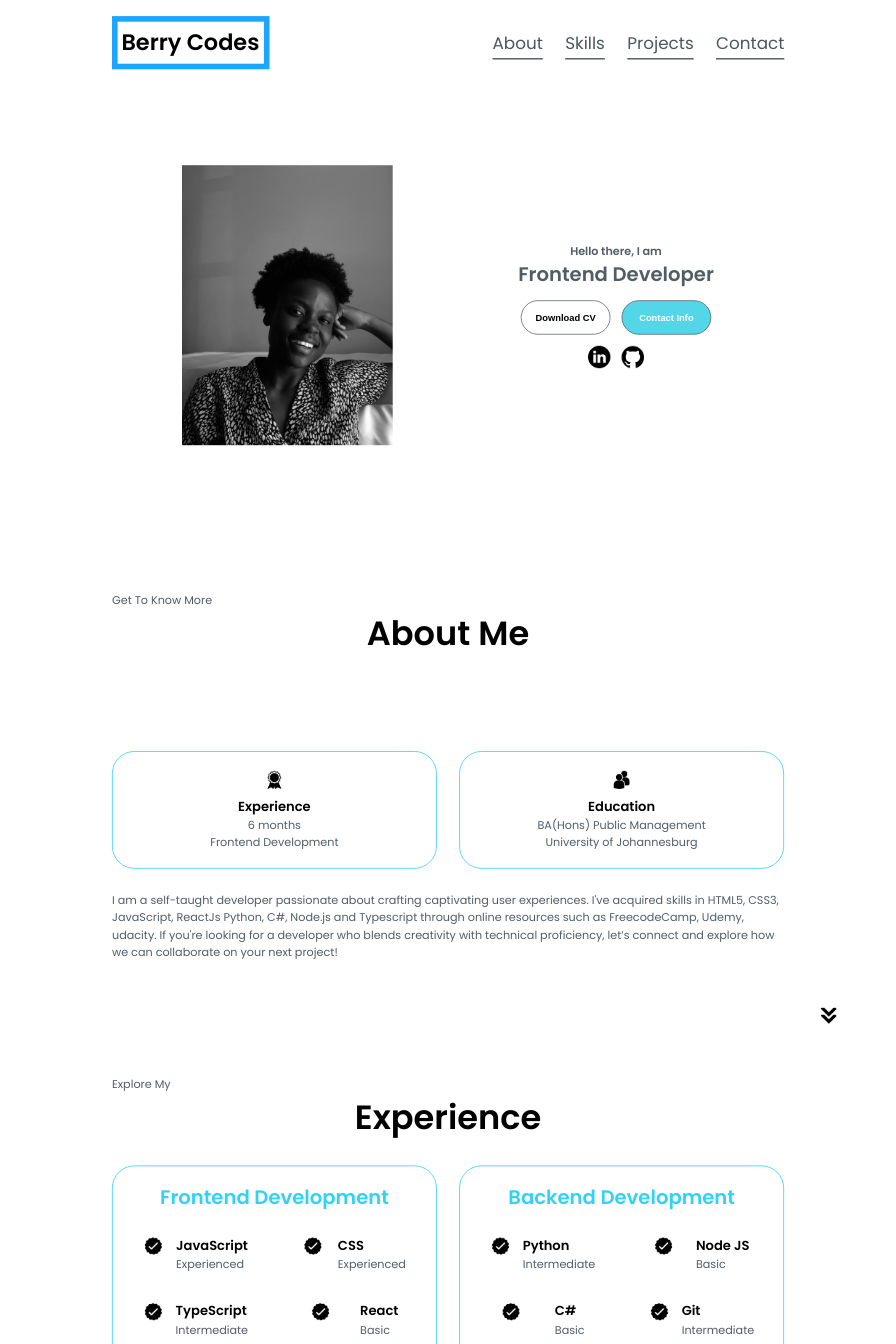
Repository: ntandomagana/FS-Dev-Portfolio
Page: index.html
The author's editor kept a copy of each file at every save. The page is drawn from the files as they stood at one save, then again after the next save.
The browser window is 1280 px wide. The pictures show the part of the page from y = 0 to 1920 px (the page is 3177 px tall), at 70% of full size.
The pointer rests on the first visible `.btn-color-1`.

Above is the page before, as saved 2024-05-06 15:19:06.

### index.html
<!DOCTYPE html>
<html lang="en">
  <head>
    <meta charset="UTF-8" />
    <meta http-equiv="X-UA-Compatible" content="IE=edge" />
    <meta name="viewport" content="width=device-width, initial-scale=1.0" />
    <title>My Portfolio</title>
    <link rel="stylesheet" href="style.css" />
    <link rel="stylesheet" href="mediaqueries.css" />
  </head>
  <body>
    <nav id="desktop-nav">
      <div class="logo">Berry Codes</div>
      <div>
        <ul class="nav-links">
          <li><a href="#about">About</a></li>
          <li><a href="#experience">Skills</a></li>
          <li><a href="#projects">Projects</a></li>
          <li><a href="#contact">Contact</a></li>
        </ul>
      </div>
    </nav>
    <nav id="hamburger-nav">
      <div class="logo">Coding Berry</div>
      <div class="hamburger-menu">
        <div class="hamburger-icon" onclick="toggleMenu()">
          <span></span>
          <span></span>
          <span></span>
        </div>
        <div class="menu-links">
          <li><a href="#about" onclick="toggleMenu()">About</a></li>
          <li><a href="#experience" onclick="toggleMenu()">Skills</a></li>
          <li><a href="#projects" onclick="toggleMenu()">Projects</a></li>
          <li><a href="#contact" onclick="toggleMenu()">Contact</a></li>
        </div>
      </div>
    </nav>
    <section id="profile">
      <div class="section-pic-container">
        <img src="./assets/bwpp.jpg" alt="profile picture" />
      </div>
      <div class="section-text">
        <p class="section-text-p1">Hello there, I am</p>

        <h1 class="title"><span id="typed-text"></span></h1>

        <p class="section-text-p2">Frontend Developer</p>
        <div class="btn-container">
          <button
            class="btn btn-color-2"
            onclick="window.open('./assets/NP Magana - Frontend CV.pdf')"
          >
            Download CV
          </button>
          <button class="btn btn-color-1" onclick="location.href='./#contact'">
            Contact Info
          </button>
        </div>
        <div id="socials-container">
          <img
            src="./assets/linkedin.png"
            alt="My LinkedIn profile"
            class="icon"
            onclick="location.href='https://www.linkedin.com/in/ntandoyenkosi-magana-/'"
          />
          <!--

          <img
            src="./assets/icons8-twitterx-50.png"
            alt="My Twitter profile"
            class="icon"
            onclick="location.href='https://twitter.com/'"
          /> -->
          <img
            src="./assets/github.png"
            alt="My Github profile"
            class="icon"
            onclick="location.href='https://github.com/ntandomagana'"
          />
        </div>
      </div>
    </section>
    <section id="about">
      <p class="section__text__p1">Get To Know More</p>
      <h1 class="title">About Me</h1>
      <div class="section-container">
        <div class="about-details-container">
          <div class="about-containers">
            <div class="details-container">
              <img
                src="./assets/experience.png"
                alt="Experience icon"
                class="icon"
              />
              <h3>Experience</h3>
              <p>6 months <br />Frontend Development</p>
            </div>
            <div class="details-container">
              <img
                src="./assets/education.png"
                alt="Education icon"
                class="icon"
              />
              <h3>Education</h3>
              <p>BA(Hons) Public Management <br />University of Johannesburg</p>
            </div>
          </div>
          <div class="text-container">
            <p>
              I am a self-taught developer passionate about crafting captivating
              user experiences. I've acquired skills in HTML5, CSS3, JavaScript,
              ReactJs Python, C#, Node.js and Typescript through online
              resources such as FreecodeCamp, Udemy, udacity. If you're looking
              for a developer who blends creativity with technical proficiency,
              let’s connect and explore how we can collaborate on your next
              project!
            </p>
          </div>
        </div>
      </div>
      <img
        src="./assets/arrow.png"
        alt="Arrow icon"
        class="icon arrow"
        onclick="location.href='./#experience'"
      />
    </section>
    <section id="experience">
      <p class="section__text__p1">Explore My</p>
      <h1 class="title">Experience</h1>
      <div class="experience-details-container">
        <div class="about-containers">
          <div class="details-container">
            <h2 class="experience-sub-title">Frontend Development</h2>
            <div class="article-container">
              <article>
                <img
                  src="./assets/checkmark.png"
                  alt="Experience icon"
                  class="icon"
                />
                <div>
                  <h3>JavaScript</h3>
                  <p>Experienced</p>
                </div>
              </article>
              <article>
                <img
                  src="./assets/checkmark.png"
                  alt="Experience icon"
                  class="icon"
                />
                <div>
                  <h3>CSS</h3>
                  <p>Experienced</p>
                </div>
              </article>
              <article>
                <img
                  src="./assets/checkmark.png"
                  alt="Experience icon"
                  class="icon"
                />
                <div>
                  <h3>TypeScript</h3>
                  <p>Intermediate</p>
                </div>
              </article>
              <article>
                <img
                  src="./assets/checkmark.png"
                  alt="Experience icon"
                  class="icon"
                />
                <div>
                  <h3>React</h3>
                  <p>Basic</p>
                </div>
              </article>
              <article></article>
            </div>
          </div>
          <div class="details-container">
            <h2 class="experience-sub-title">Backend Development</h2>
            <div class="article-container">
              <article>
                <img
                  src="./assets/checkmark.png"
                  alt="Experience icon"
                  class="icon"
                />
                <div>
                  <h3>Python</h3>
                  <p>Intermediate</p>
                </div>
              </article>
              <article>
                <img
                  src="./assets/checkmark.png"
                  alt="Experience icon"
                  class="icon"
                />
                <div>
                  <h3>Node JS</h3>
                  <p>Basic</p>
                </div>
              </article>
              <article>
                <img
                  src="./assets/checkmark.png"
                  alt="Experience icon"
                  class="icon"
                />
                <div>
                  <h3>C#</h3>
                  <p>Basic</p>
                </div>
              </article>
              <article>
                <img
                  src="./assets/checkmark.png"
                  alt="Experience icon"
                  class="icon"
                />
                <div>
                  <h3>Git</h3>
                  <p>Intermediate</p>
                </div>
              </article>
            </div>
          </div>
        </div>
      </div>
      <img
        src="./assets/arrow.png"
        alt="Arrow icon"
        class="icon arrow"
        onclick="location.href='./#projects'"
      />
    </section>
    <section id="projects">
      <p class="section__text__p1">View My Recent</p>
      <h1 class="title">Projects</h1>
      <div class="experience-details-container">
        <div class="about-containers">
          <div class="details-container color-container">
            <div class="article-container">
              <img
                src="./assets/coming soon.jpg"
                alt="Project 1"
                class="project-img"
              />
            </div>
            <h2 class="experience-sub-title project-title">Project One</h2>
            <div class="btn-container">
              <button
                class="btn btn-color-2 project-btn"
                onclick="location.href='https://github.com/'"
              >
                Github
              </button>
            </div>
          </div>
          <div class="details-container color-container">
            <div class="article-container">
              <img
                src="./assets/coming soon.jpg"
                alt="Project 2"
                class="project-img"
              />
            </div>
            <h2 class="experience-sub-title project-title">Project Two</h2>
            <div class="btn-container">
              <button
                class="btn btn-color-2 project-btn"
                onclick="location.href='https://github.com/'"
              >
                Github
              </button>
            </div>
          </div>
          <div class="details-container color-container">
            <div class="article-container">
              <img
                src="./assets/coming soon.jpg"
                alt="Project 3"
                class="project-img"
              />
            </div>
            <h2 class="experience-sub-title project-title">Project Three</h2>
            <div class="btn-container">
              <button
                class="btn btn-color-2 project-btn"
                onclick="location.href='https://github.com/'"
              >
                Github
              </button>
            </div>
          </div>
        </div>
      </div>
      <img
        src="./assets/arrow.png"
        alt="Arrow icon"
        class="icon arrow"
        onclick="location.href='./#contact'"
      />
    </section>
    <section id="contact">
      <p class="section__text__p1">Get in Touch</p>
      <h1 class="title">Contact Me</h1>
      <div class="contact-info-upper-container">
        <div class="contact-info-container">
          <img
            src="./assets/email.png"
            alt="Email icon"
            class="icon contact-icon email-icon"
          />
          <p>
            <a href="mailto:ntandomagana@gmail.com">ntandomagana@gmail.com</a>
          </p>
        </div>
        <div class="contact-info-container">
          <img
            src="./assets/linkedin.png"
            alt="LinkedIn icon"
            class="icon contact-icon"
          />
          <p><a href="https://www.linkedin.com">LinkedIn</a></p>
        </div>
      </div>
    </section>
    <footer>
      <nav>
        <div class="nav-links-container">
          <ul class="nav-links">
            <li><a href="#about">About</a></li>
            <li><a href="#experience">Skills</a></li>
            <li><a href="#projects">Projects</a></li>
            <li><a href="#contact">Contact</a></li>
          </ul>
        </div>
      </nav>
      <p>Copyright &#169; 2023 Ntando Magana. All Rights Reserved.</p>
    </footer>
    <script src="script.js"></script>
  </body>
</html>

### style.css
@import url("https://fonts.googleapis.com/css2?family=Poppins:wght@300;400;500;600&display=swap");

* {
  margin: 0;
  padding: 0;
}

body {
  font-family: "Poppins", sans-serif;
}

html {
  scroll-behavior: smooth;
}

p {
  color: #515d65;
}

section {
  margin-bottom: 2px;
}

a,
.btn {
  transition: all 300ms ease;
}

nav,
.nav-links {
  display: flex;
}

nav {
  justify-content: space-around;
  align-items: center;
  height: 17vh;
}

.nav-links {
  gap: 2rem;
  list-style-type: none;
  font-size: 1.5rem;
}

a {
  color: rgb(76, 87, 90);
  text-decoration: underline;
  text-underline-offset: 0.8rem;
  text-decoration-color: rgb(76, 87, 90);
}

.logo {
  font-size: 2rem;
}

.logo:hover {
  cursor: default;
}

#hamburger-nav {
  display: none;
}

.hamburger-menu {
  position: relative;
  display: inline-block;
}

.hamburger-icon {
  display: flex;
  flex-direction: column;
  justify-content: space-between;
  height: 24px;
  width: 30px;
  cursor: pointer;
}



.hamburger-icon span {
  width: 100%;
  height: 2px;
  background-color: rgb(76, 87, 90);
  transition: all 0.3 ease-in-out;
}

.menu-links {
  position: absolute;
  top: 100%;
  right: 0;
  background-color: white;
  width: fit-content;
  max-height: 0;
  overflow: hidden;
  transition: all 0.3 ease-in-out;
}

.menu-links a {
  display: block;
  padding: 10px;
  text-align: center;
  font-size: 1.5rem;
  color: rgb(76, 87, 90);
  text-decoration: none;
  transition: all 0.3 ease-in-out;
}

.menu-links li {
  list-style-type: none;
}

.menu-links.open {
  max-height: 300px;
}

.hamburger-icon.open span:first-child {
  transform: rotate(45deg) translate(10px, 5px);
}

.hamburger-icon.open span:nth-child(2) {
  opacity: 0;
}

.hamburger-icon.open span:last-child {
  transform: rotate(-45deg) translate(10px, -5px);
}

.hamburger-icon span:first-child {
  transform: none;
}

.hamburger-icon span:first-child {
  opacity: 1;
}

.hamburger-icon span:first-child {
  transform: none;
}

section {
  padding-top: 4vh;
  height: 96vh;
  margin: 0 10rem;
  box-sizing: border-box;
  min-height: fit-content;
}

.section-container {
  display: flex;
}

#profile {
  display: flex;
  justify-content: center;
  gap: 5rem;
  height: 80vh;
}

.section-pic-container {
  display: flex;
  height: 400px;
  width: 400px;
  margin: auto 0;
}

.section-text {
  align-self: center;
  text-align: center;
}

.section-text p {
  font-weight: 600;
}

.section-text-p1 {
  text-align: center;
}

.section-text-p2 {
  font-size: 1.75rem;
  margin-bottom: 1rem;
}

.title {
  font-size: 3rem;
  text-align: center;
}

#socials-container {
  display: flex;
  justify-content: center;
  margin-top: 1rem;
  gap: 1rem;
}

.icon {
  cursor: pointer;
  height: 2rem;
}

/* BUTTONS */

.btn-container {
  display: flex;
  justify-content: center;
  gap: 1rem;
}

.btn {
  font-weight: 600;
  transition: all 300ms ease;
  padding: 1rem;
  width: 8rem;
  border-radius: 2rem;
}

.btn-color-1,
.btn-color-2 {
  border:rgb(76, 87, 90) 0.1rem solid;
}

.btn-color-1:hover,
.btn-color-2:hover {
  cursor: pointer;
}

.btn-color-1,
.btn-color-2:hover {
  background: rgb(76, 87, 90);
  color: white;
}

.btn-color-1:hover {
  background: rgb(83, 215, 232);
}

.btn-color-2 {
  background: none;
}

.btn-color-2:hover {
  border: rgb(26, 210, 243) 0.2rem solid;
}

.btn-container {
  gap: 1rem;
}

/* ABOUT SECTION */

#about {
  position: relative;
}

.about-containers {
  gap: 2rem;
  margin-bottom: 2rem;
  margin-top: 2rem;
}

.about-details-container {
  justify-content: center;
  flex-direction: column;
}

.about-containers,
.about-details-container {
  display: flex;
}

.arrow {
  position: absolute;
  right: -5rem;
  bottom: 2.5rem;
}

.details-container {
  padding: 1.5rem;
  flex: 1;
  background: white;
  border-radius: 2rem;
  border: rgb(34, 174, 239) 0.1rem solid;
  border-color: rgb(28, 197, 249);
  text-align: center;
}

.section-container {
  gap: 4rem;
  height: 80%;
}

.section__pic-container {
  height: 400px;
  width: 400px;
  margin: auto 0;
}

/* EXPERIENCE SECTION */

#experience {
  position: relative;
}

.experience-sub-title {
  color: rgb(48, 210, 246);
  font-weight: 600;
  font-size: 1.75rem;
  margin-bottom: 2rem;
}

.experience-details-container {
  display: flex;
  justify-content: center;
  flex-direction: column;
}

.article-container {
  display: flex;
  text-align: initial;
  flex-wrap: wrap;
  flex-direction: row;
  gap: 2.5rem;
  justify-content: space-around;
}

article {
  display: flex;
  width: 10rem;
  justify-content: space-around;
  gap: 0.5rem;
}

article .icon {
  cursor: default;
}

/* PROJECTS SECTION */

#projects {
  position: relative;
}

.color-container {
  border-color: rgb(21, 220, 255);
  background: rgb(250, 250, 250);
}

.project-img {
  border-radius: 2rem;
  width: 90%;
  height: 90%;
}

.project-title {
  margin: 1rem;
  color: #00bbf0;
}

.project-btn {
  color: #00bbf0;
  border-color: rgb(18, 217, 252);
}

/* CONTACT */

#contact {
  display: flex;
  justify-content: center;
  flex-direction: column;
  height: 70vh;
}

.contact-info-upper-container {
  display: flex;
  justify-content: center;
  border-radius: 2rem;
  border: rgb(16, 220, 242) 0.1rem solid;
  border-color: rgb(19, 211, 250);
  background: (250, 250, 250);
  margin: 2rem auto;
  padding: 0.5rem;
}

.contact-info-container {
  display: flex;
  align-items: center;
  justify-content: center;
  gap: 0.5rem;
  margin: 1rem;
}

.contact-info-container p {
  font-size: larger;
}

.contact-icon {
  cursor: default;
}

.email-icon {
  height: 2.5rem;
}

footer {
  height: 26vh;
  margin: 0 1rem;
}

footer p {
  text-align: center;
}

/* Add this CSS to your existing style.css or create a new style tag in the head of your HTML */

/* Bold, underline, and bubble effect for the logo */
.logo {
  font-weight: bold;
  text-decoration: wavy;
  display: inline-block;
  position: relative;
  border: 8px solid #1ea5ff; /* Adjust the border thickness and color as needed */
  padding: 6px; /* Adjust the padding as needed */
}

.logo::after {
  content: "";
  position: absolute;
  width: 100%;
  height: 0;
  bottom: 0;
  left: 0;
  opacity: 0;
  border-bottom: 2px solid #fff;
  animation: bubble 0.5s infinite ease-in-out;
}

@keyframes bubble {
  0% {
    height: 0;
    opacity: 0;
  }
  50% {
    height: 100%;
    opacity: 1;
  }
  100% {
    height: 0;
    opacity: 0;
  }
}

### mediaqueries.css
@media screen and (max-width: 1400px) {
    #profile {
        height: 83vh;
        margin-bottom: 6rem;
    }

    .about-containers {
        flex-wrap: wrap;
    }

    #contact,
    #projects {
        height: fit-content;
    }
}

@media screen and (max-width: 1200px) {
    #desktop-nav {
        display: none;
    }

    #hamburger-nav {
        display: flex;
    }

    #experience,
    .experience-details-container {
        margin-top: 2rem;

    }

    #profile,
    .section-container {
        display: block;
    }

    .arrow {
        display: none;
    }

    section,
    .section-container {
        height: fit-content;
    }

    section {
        margin: 0.5%;
    }

    .section-pic-container {
        width: 27spx;
        height: 275px;
        margin: 0 auto 2rem;
    }

    .about-containers {
        margin-top: 0;
    }
}

@media screen and (max-width:600px) {
    #contact,
    footer {
        height: 40vh;
    }

    #profile {
        height: 38vh;
        margin-bottom: 0;
    }

    article {
        font-size: 1rem;
    }

    footer nav {
        height: fit-content;
        margin-bottom: 2rem;
    }
    .about-containers,
    .contact-info-upper-container,
    .btn-container {
    flex-wrap: wrap;
  }

  .contact-info-container {
    margin: 0;
  }

  .contact-info-container p,
  .nav-links li a {
    font-size: 1rem;
  }

  .experience-sub-title {
    font-size: 1.25rem;
  }
  .logo {
    font-size: 1.5rem;
  }
  .nav-links {
    flex-direction: column;
    gap: 0.5rem;
    text-align: center;
  }
  .section__pic-container {
    width: auto;
    height: 46vw;
    justify-content: center;
  }
  .section__text__p2 {
    font-size: 1.25rem;
  }
  .title {
    font-size: 2rem;
  }
  .text-container {
    text-align: justify;
  }
}
}

### script.js
function toggleMenu() {
  const menu = document.querySelector(".menu-links");
  const icon = document.querySelector(".hamburger-icon");
  menu.classList.toggle("open");
  icon.classList.toggle("open");
}

//Javascript for looped typing effect
const typedText = document.getElementById("typed-text");
const textToType = 'Ntando Magana';

function typeText() {
  let index = 0;

  function type() {
    if (index < textToType.length) {
      typedText.innerHTML += textToType.charAt(index);
      index++;
      setTimeout(type, 200); // typing speed in milliseconds
    } else {
      setTimeout(erase, 300); // wait before erasing
    }
  }

  function erase() {
    if (typedText.innerHTML.length > 0) {
      typedText.innerHTML = typedText.innerHTML.slice(0, -1);
      setTimeout(erase, 300); //erasing speed in ms
    } else {
      index = 0; //Reset index for next typing cycle
      setTimeout(type, 200); // wait before typing again
    }
  }

  type(); // start typing
}

window.onload = typeText;

After the next save:
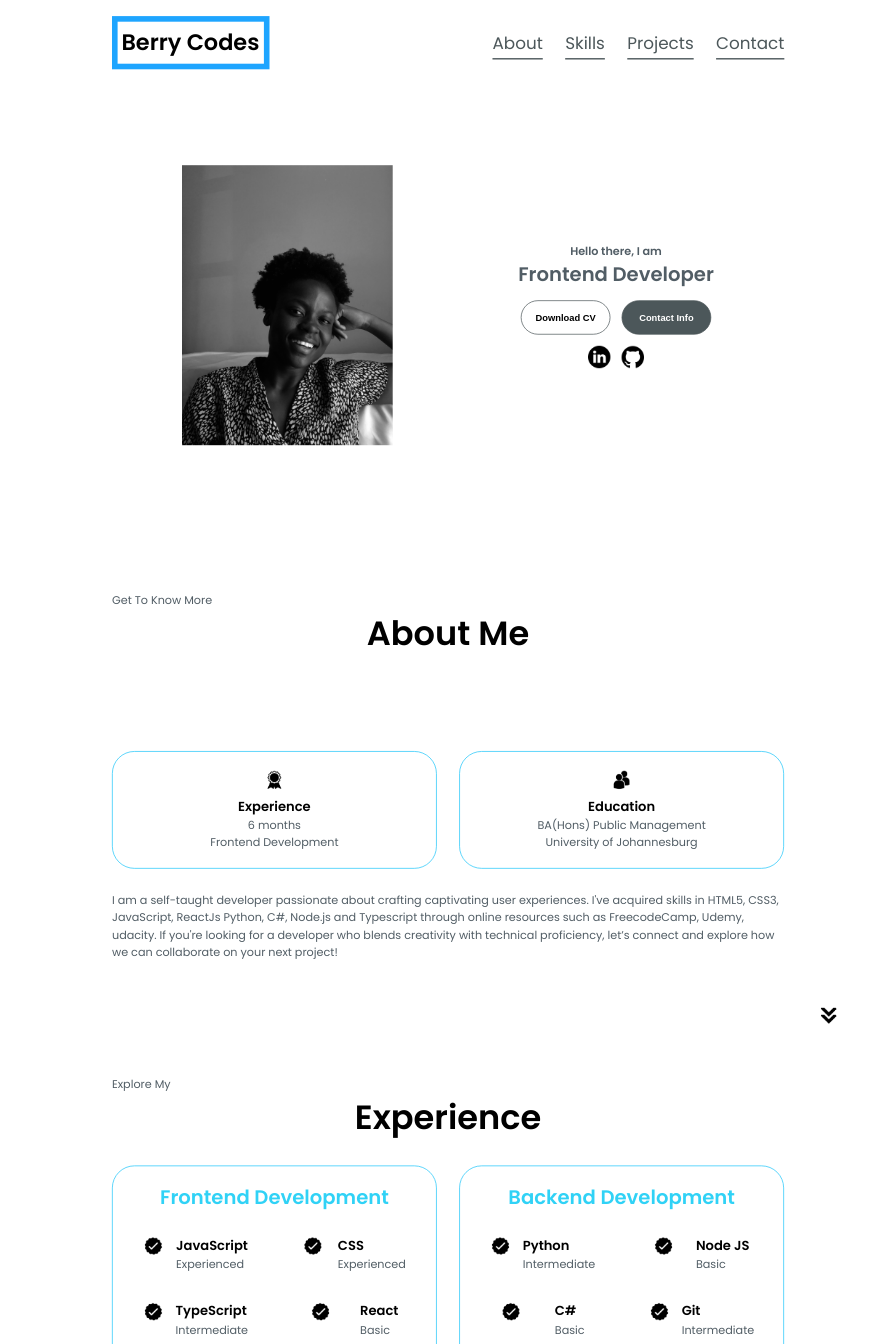
Saved 6 s later.
--- a/style.css
+++ b/style.css
@@ -232,7 +232,7 @@ section {
 }
 
 .btn-color-1:hover {
-  background: rgb(83, 215, 232);
+  background: rgb(76, 87, 90);
 }
 
 .btn-color-2 {
